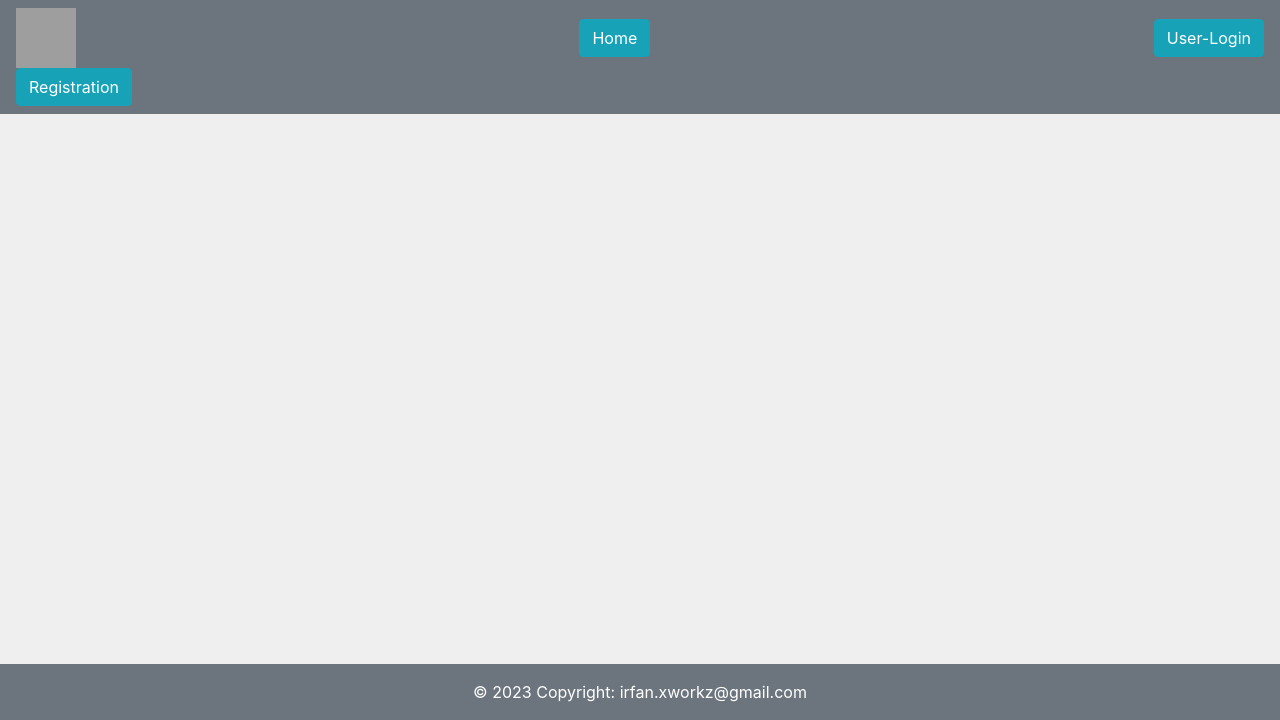
Repository: irfanxworkz/Project
Page: http://localhost/parking/User.jsp
These files come from the project's save history. The page is drawn as it stood at one moment and after the next save; the edit follows.
The browser window is 1280 px wide. The pictures show the whole page.
Pictures or frames that could not be fetched are drawn as grey boxes. The page is served by Tomcat 9.

Above is the page before, as saved 2023-07-10 01:31:36.

After the next save:
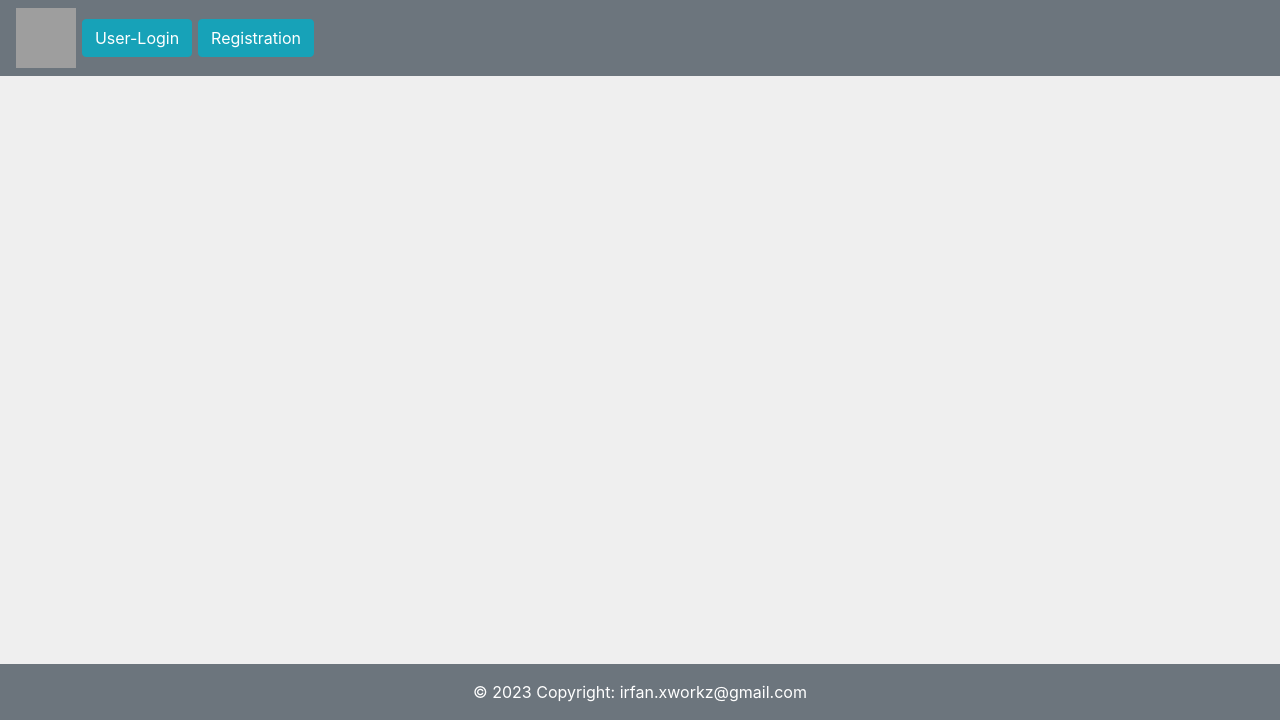
Saved 47 h 15 min later.
--- a/parking/src/main/webapp/User.jsp
+++ b/parking/src/main/webapp/User.jsp
@@ -13,7 +13,6 @@
 	<div class="fixed-header">
 		<nav class="navbar navbar-dark bg-secondary justify-content-between">
 			<img src="https://w7.pngwing.com/pngs/974/17/png-transparent-car-park-parking-computer-icons-parking-text-rectangle-logo-thumbnail.png" alt="" width="60" height="60">
-		   	<a href="Home.jsp" class="btn btn-info" type="button">Home</a>
 		    <a href="UserLogin.jsp" class="btn btn-info" type="button">User-Login</a>
 			<a href="UserInfo.jsp" class="btn btn-info" type="button" style="margin-right: 950px;">Registration</a>
 		</nav>

After the save that followed:
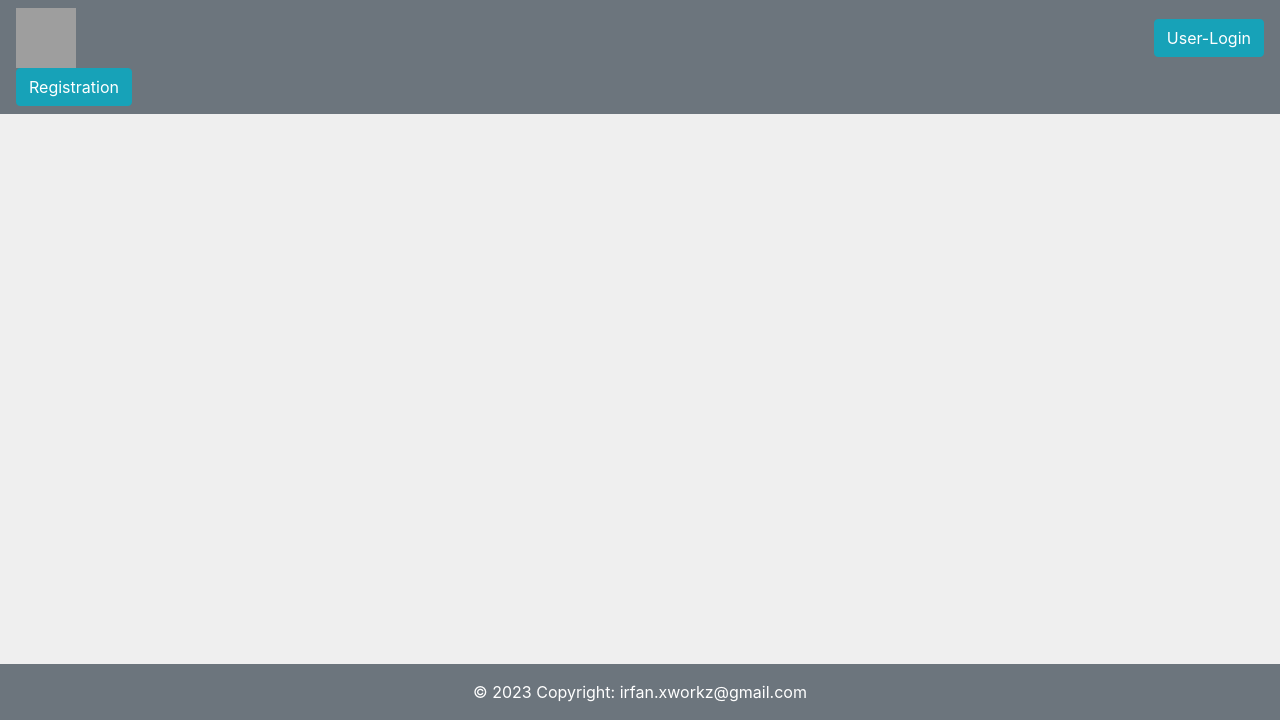
Saved 20 s later.
--- a/parking/src/main/webapp/User.jsp
+++ b/parking/src/main/webapp/User.jsp
@@ -14,7 +14,7 @@
 		<nav class="navbar navbar-dark bg-secondary justify-content-between">
 			<img src="https://w7.pngwing.com/pngs/974/17/png-transparent-car-park-parking-computer-icons-parking-text-rectangle-logo-thumbnail.png" alt="" width="60" height="60">
 		    <a href="UserLogin.jsp" class="btn btn-info" type="button">User-Login</a>
-			<a href="UserInfo.jsp" class="btn btn-info" type="button" style="margin-right: 950px;">Registration</a>
+			<a href="UserInfo.jsp" class="btn btn-info" type="button" style="margin-right: 1150px;">Registration</a>
 		</nav>
 	</div>
 </header>
